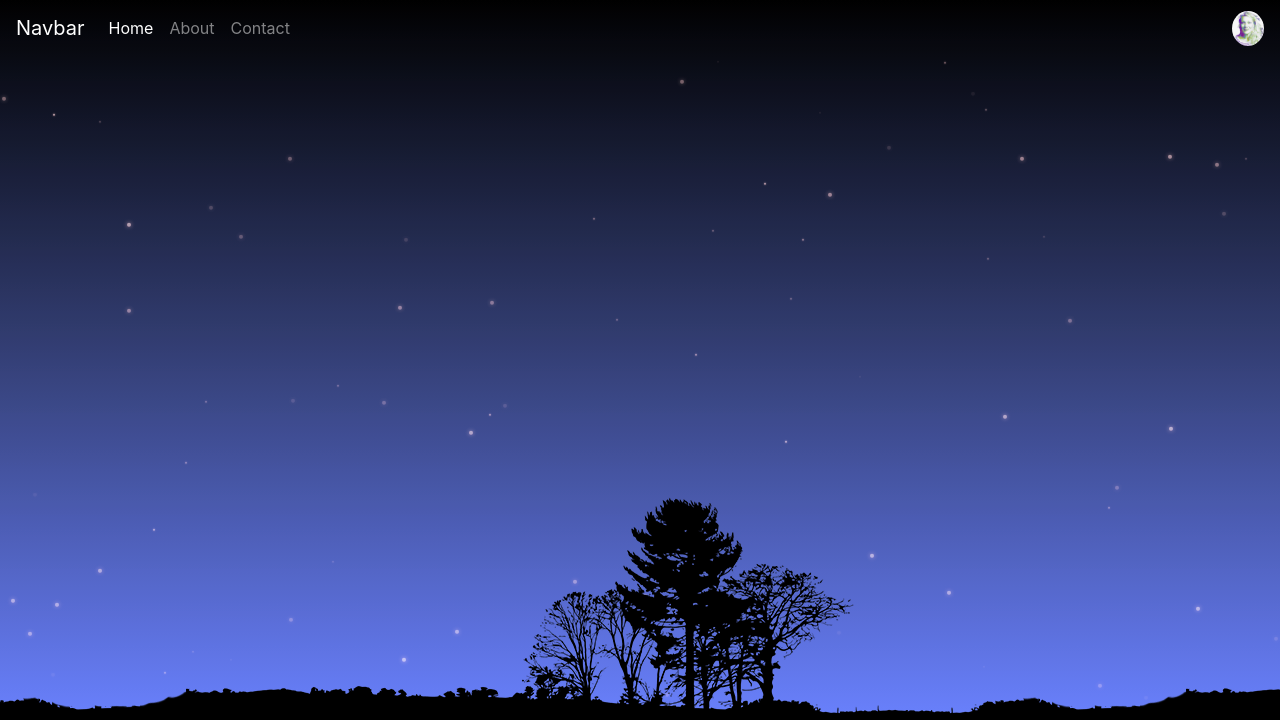
Repository: TiffanyDonner/animated-start-background
Page: index.html
The author's editor kept a record of every edit. The page is drawn from the files as they stood at one moment, then again after the next edit.
The browser window is 1280 px wide. The pictures show the whole page.

Above is the page before.

After the next edit:
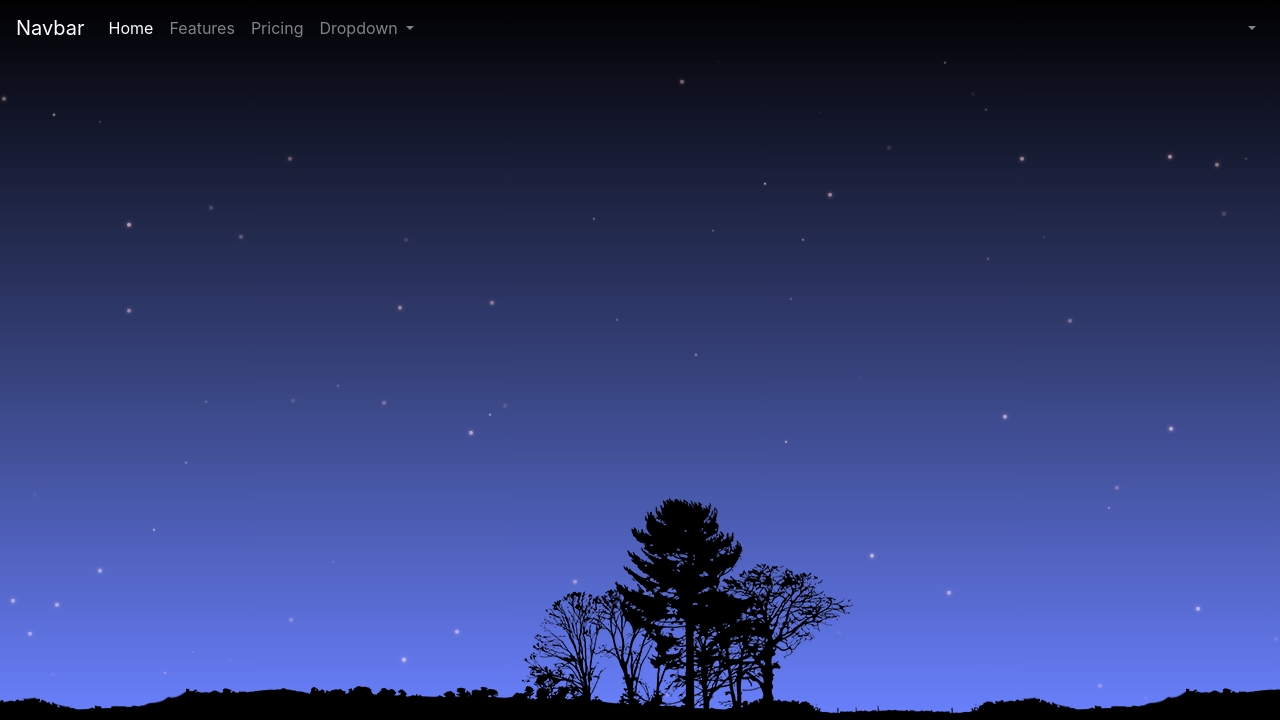
The edit:
--- a/index.html
+++ b/index.html
@@ -11,12 +11,13 @@
 
 <body>
   <!--Navbar -->
-  <nav class="mb-1 navbar navbar-expand-lg navbar-dark orange lighten-1">
+  <!--Navbar -->
+  <nav class="mb-1 navbar navbar-expand-lg navbar-dark default-color">
     <a class="navbar-brand" href="#">Navbar</a>
-    <button class="navbar-toggler" type="button" data-toggle="collapse" data-target="#navbarSupportedContent-555" aria-controls="navbarSupportedContent-555" aria-expanded="false" aria-label="Toggle navigation">
+    <button class="navbar-toggler" type="button" data-toggle="collapse" data-target="#navbarSupportedContent-333" aria-controls="navbarSupportedContent-333" aria-expanded="false" aria-label="Toggle navigation">
     <span class="navbar-toggler-icon"></span>
   </button>
-    <div class="collapse navbar-collapse" id="navbarSupportedContent-555">
+    <div class="collapse navbar-collapse" id="navbarSupportedContent-333">
       <ul class="navbar-nav mr-auto">
         <li class="nav-item active">
           <a class="nav-link" href="#">Home
@@ -24,24 +25,48 @@
         </a>
         </li>
         <li class="nav-item">
-          <a class="nav-link" href="#">About</a>
+          <a class="nav-link" href="#">Features</a>
         </li>
         <li class="nav-item">
-          <a class="nav-link" href="#">Contact</a>
+          <a class="nav-link" href="#">Pricing</a>
+        </li>
+        <li class="nav-item dropdown">
+          <a class="nav-link dropdown-toggle" id="navbarDropdownMenuLink-333" data-toggle="dropdown" aria-haspopup="true" aria-expanded="false">Dropdown
+        </a>
+          <div class="dropdown-menu dropdown-default" aria-labelledby="navbarDropdownMenuLink-333">
+            <a class="dropdown-item" href="#">Action</a>
+            <a class="dropdown-item" href="#">Another action</a>
+            <a class="dropdown-item" href="#">Something else here</a>
+          </div>
         </li>
       </ul>
       <ul class="navbar-nav ml-auto nav-flex-icons">
-        <li class="nav-item avatar">
-          <a class="nav-link p-0" href="#">
-          <img src="images/IMG_3399 (1).jpg" class="rounded-circle z-depth-0"
-            alt="avatar image" height="35">
+        <li class="nav-item">
+          <a class="nav-link waves-effect waves-light">
+          <i class="fab fa-twitter"></i>
         </a>
+        </li>
+        <li class="nav-item">
+          <a class="nav-link waves-effect waves-light">
+          <i class="fab fa-google-plus-g"></i>
+        </a>
+        </li>
+        <li class="nav-item dropdown">
+          <a class="nav-link dropdown-toggle" id="navbarDropdownMenuLink-333" data-toggle="dropdown" aria-haspopup="true" aria-expanded="false">
+          <i class="fas fa-user"></i>
+        </a>
+          <div class="dropdown-menu dropdown-menu-right dropdown-default" aria-labelledby="navbarDropdownMenuLink-333">
+            <a class="dropdown-item" href="#">Action</a>
+            <a class="dropdown-item" href="#">Another action</a>
+            <a class="dropdown-item" href="#">Something else here</a>
+          </div>
         </li>
       </ul>
     </div>
   </nav>
   <!--/.Navbar -->
-  <!-- partial:index.partial.html -->
+
+  <!--Background Animation partial:index.partial.html -->
   <div class="landscape"></div>
   <div class="filter"></div>
   <canvas id="canvas"></canvas>
